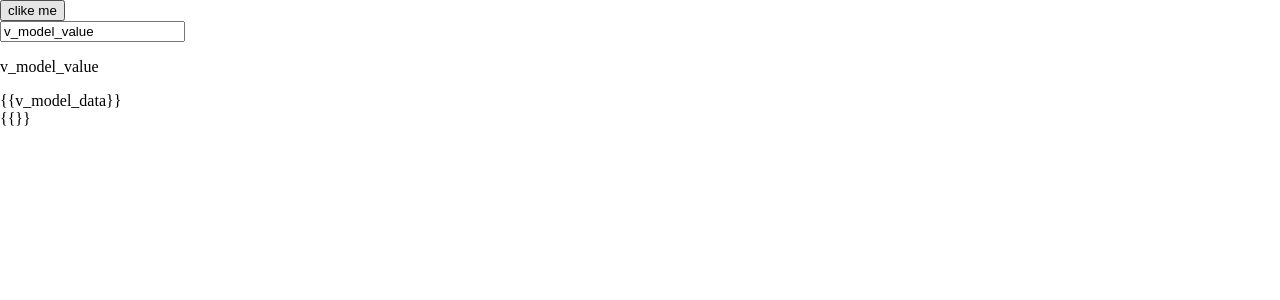
Repository: whoamixl/VueTest
Page: /
An editor plug-in stored every save of this project. The page is shown before and after the next save, followed by the edit.
The browser window is 1280 px wide. The pictures show the whole page.
The project was rebuilt for these pictures with package versions that can differ from the ones it lists, and the page was loaded fresh each time. Also part of the build but not shown: src/components/HelloWorld.vue.

Above is the page before, as saved 2021-11-01 20:54:21.

After the next save:
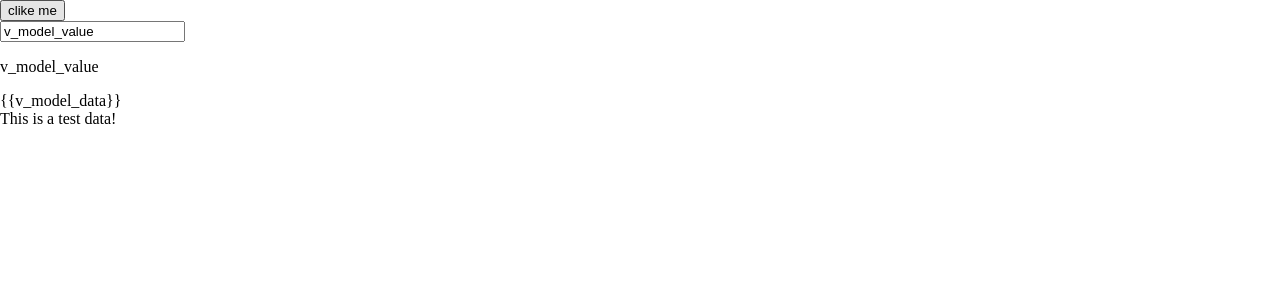
Saved 4 s later.
--- a/src/components/Instruction.vue
+++ b/src/components/Instruction.vue
@@ -9,7 +9,7 @@
         <!-- v-pre 原样输出 -->
         <div v-pre>{{v_model_data}}</div>
         <!-- v-cloak 解决闪烁问题 -->
-        <div v-cloak>{{}}</div>
+        <div v-cloak>{{msg}}</div>
     </div>
 </template>
 <script>
